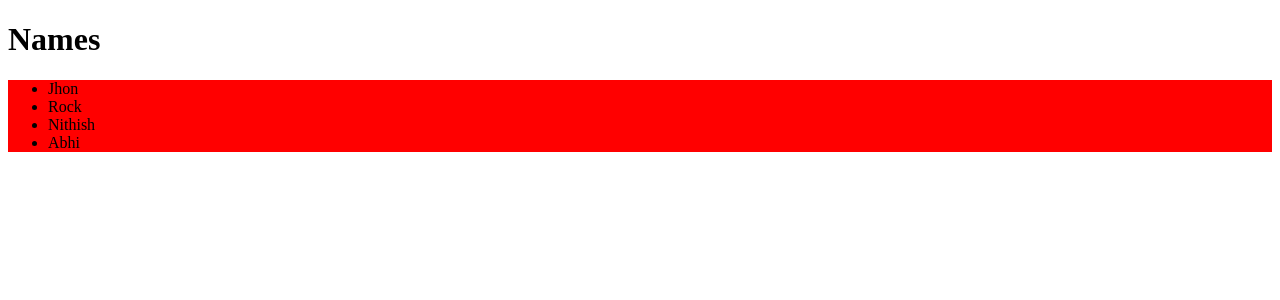
Repository: NithishKoriyar/phpprojectgh
Page: http://localhost/names.php
The author's editor kept a copy of each file at every save. The page is drawn from the files as they stood at one save, then again after a run of saves.
The browser window is 1280 px wide. The pictures show the whole page.
The page is run by PHP 8.4 with error messages shown; the project is at /var/www/html/.

Above is the page before, as saved 2022-12-14 12:41:02.

### names.php
<?php
    $names = ['Jhon', 'Rock', 'Nithish', 'Abhi'];
?>
<!DOCTYPE html>
<html lang="en">
<head>
    <meta charset="UTF-8">
    <meta http-equiv="X-UA-Compatible" content="IE=edge">
    <meta name="viewport" content="width=device-width, initial-scale=1.0">
    <title>Document</title>
    <style>

        .more-names{
            background-color: red;
        }
        .some-names{
            background-color: green;
        }

    </style>
</head>
<body class="">
    <h1>Names</h1>
    <ul class="<?= count($names) > 3 ? 'more-names' : 'some-names' ?>">
        <?php foreach($names as $name) { ?>

          <li><?= $name ?></li>
        <?php } ?>
    </ul>

</body>
</html>

After the next 2 saves:
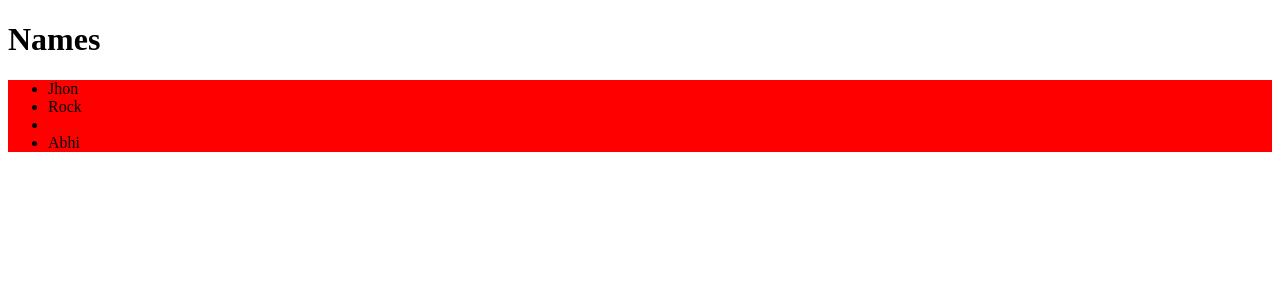
The 2 saves are shown as one change because they came seconds apart.
The last was saved 7 s later.
--- a/names.php
+++ b/names.php
@@ -1,5 +1,5 @@
 <?php
-    $names = ['Jhon', 'Rock', 'Nithish', 'Abhi'];
+    $names = ['Jhon', 'Rock','', 'Abhi'];
 ?>
 <!DOCTYPE html>
 <html lang="en">
